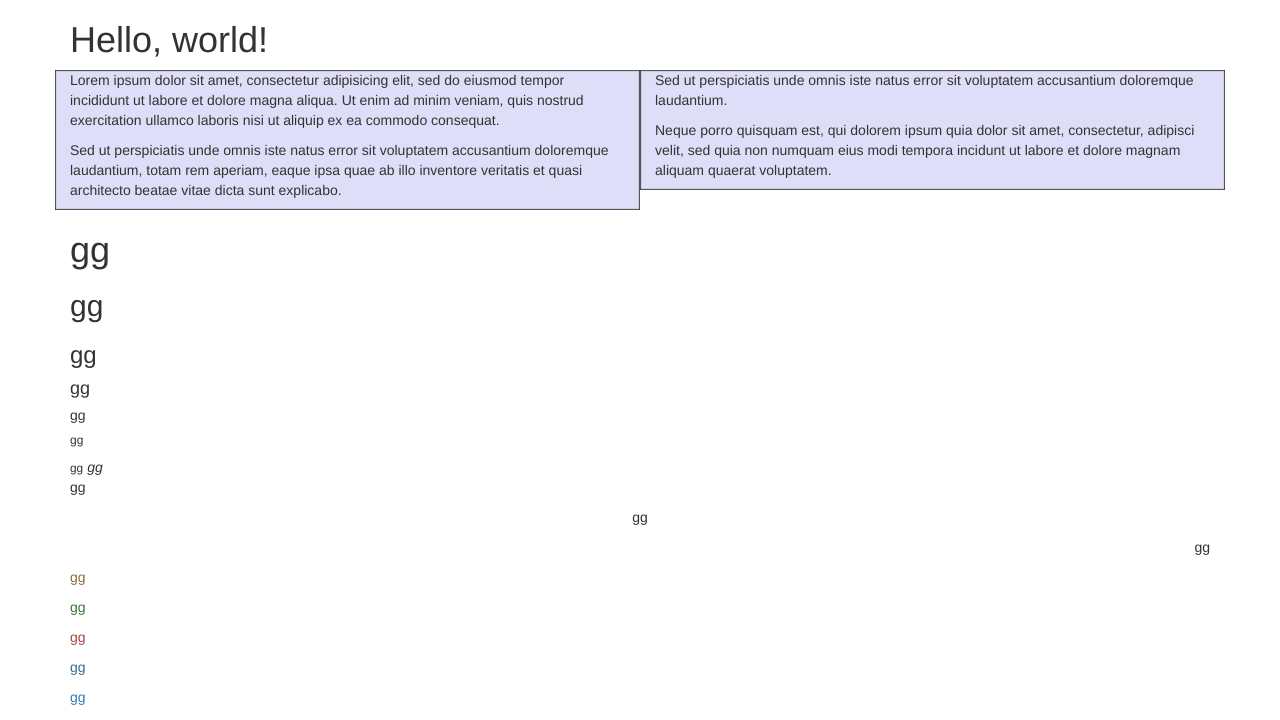
Repository: SnugHAN/eshop_real
Page: eshop_han/gg_shop/WebContent/test.html
An editor plug-in stored every save of this project. The page is shown before and after the next save, followed by the edit.
The browser window is 1280 px wide. The pictures show the whole page.

Above is the page before, as saved 2017-05-26 07:54:53.
Console error (its wording comes from the project's code and is left out).

After the next save:
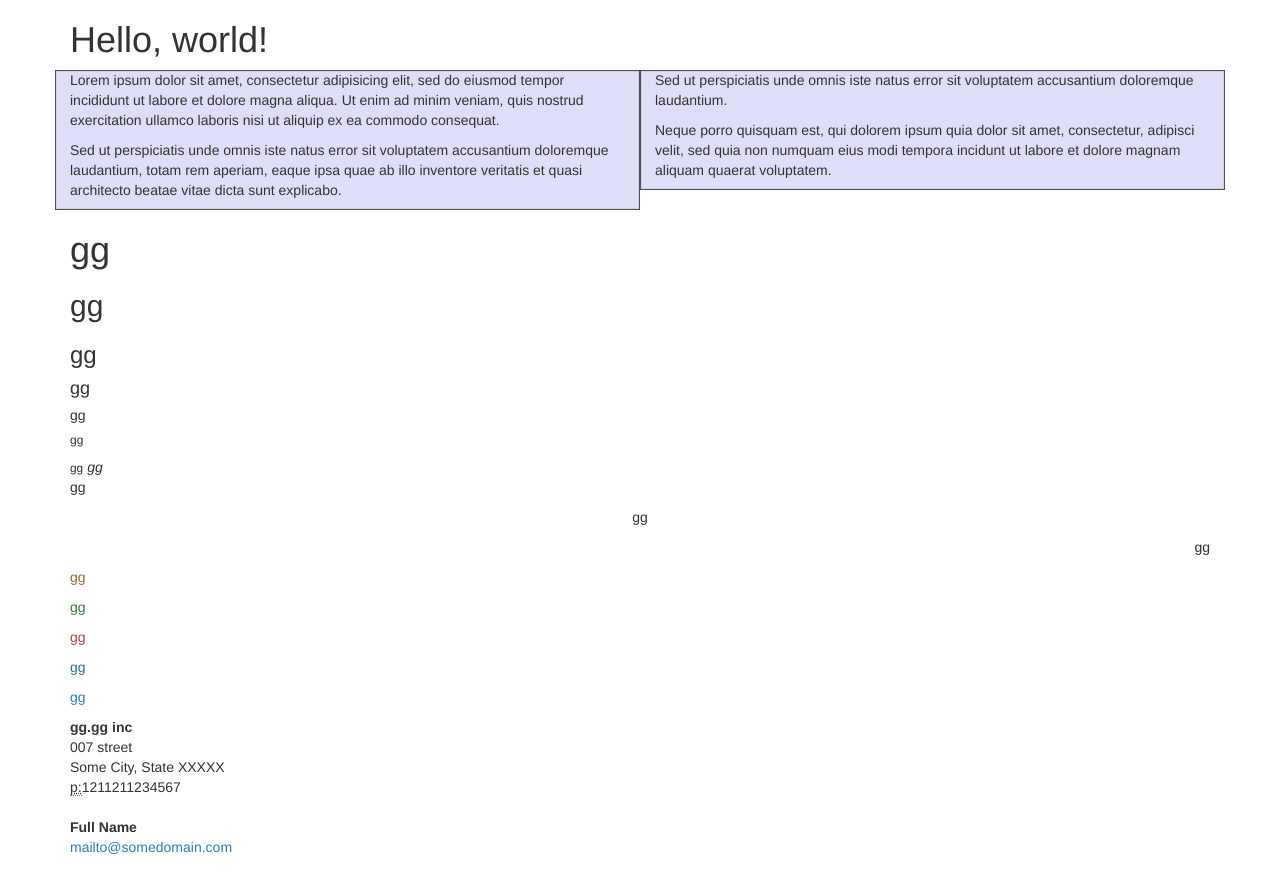
Saved 5 min 45 s later.
--- a/eshop_han/gg_shop/WebContent/test.html
+++ b/eshop_han/gg_shop/WebContent/test.html
@@ -64,6 +64,17 @@
     <p class="text-info">gg</p>
     <p class="text-primary">gg</p>
     </div>
+    <address>
+    <strong>gg.gg  inc</strong><br>
+    007 street<br>
+  Some City, State XXXXX<br>
+  <abbr title="Phone">p:</abbr>1211211234567
+
+    </address>
+    <address>
+    <strong>Full Name</strong><br>
+  <a href="mailto:#">mailto@somedomain.com</a>
+    </address>
 </div>
 
 </body>
